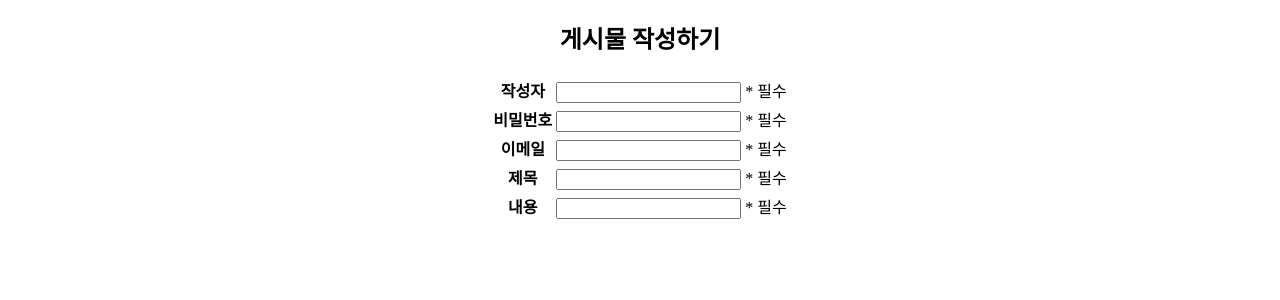
Repository: angwanghyeon/eclipse
Page: http://localhost/sec11/board/boardWrite.jsp
The author's editor kept a copy of each file at every save. The page is drawn from the files as they stood at one save, then again after the next save.
The browser window is 1280 px wide. The pictures show the whole page.
The page is served by Tomcat 9.

Above is the page before, as saved 2023-09-06 01:30:16.

After the next save:
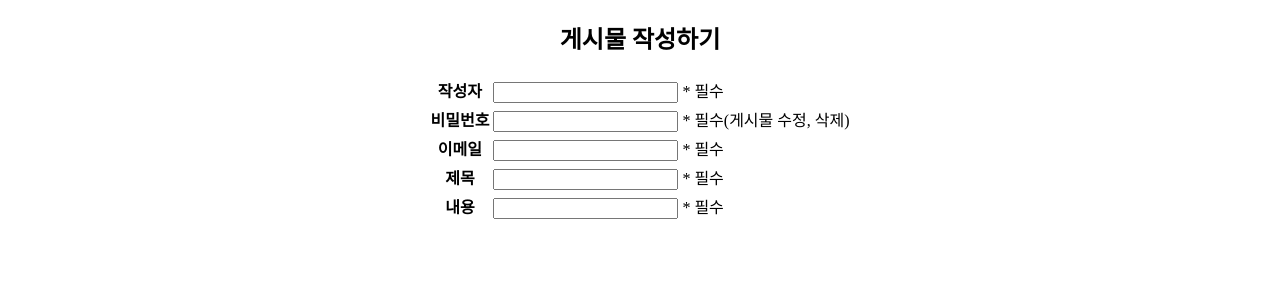
Saved 14 s later.
--- a/sec11/src/main/webapp/board/boardWrite.jsp
+++ b/sec11/src/main/webapp/board/boardWrite.jsp
@@ -18,7 +18,7 @@
 			 </tr>
 			 <tr>
 				<th>비밀번호</th>
-				<td><input type="password" name="name"> * 필수 </td>
+				<td><input type="password" name="pass"> * 필수(게시물 수정, 삭제) </td>
 			 </tr>
 			 <tr>
 				<th>이메일</th>
